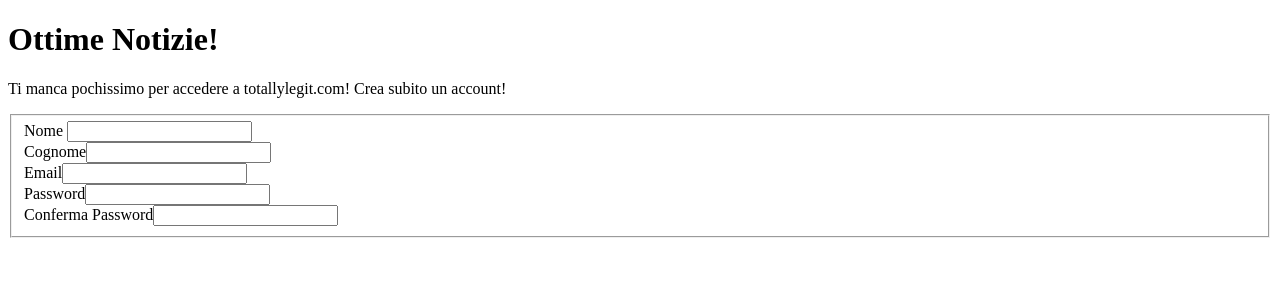
Repository: inkeaton/samarkanda
Page: Codice/Unige/Anno 3/SAW/es2/form.html
The author's editor kept a copy of each file at every save. The page is drawn from the files as they stood at one save, then again after the next save.
The browser window is 1280 px wide. The pictures show the whole page.

Above is the page before, as saved 2023-10-01 15:09:37.

### Codice/Unige/Anno 3/SAW/es2/form.html
<!DOCTYPE html>

<html lang="it">
    <head>
        <Title>Accedi Subito!</Title>
    </head>

    <body>
        <header>
            <h1>Ottime Notizie!</h1>
            <p>Ti manca pochissimo per accedere a totallylegit.com! Crea subito un account!</p>
        </header>

        <form>
            <fieldset>
            Nome <input type="text" id="firstname" name="firstname"><br>

            Cognome<input type="text" id="lastname" name="lastname"><br>

            Email<input type="email" id="email" name="email"><br>

            Password<input type="password" id="pass" name="pass"><br>

            Conferma Password<input type="password" id="confirm" name="confirm"><br>
        </fieldset>
        </form>
    </body>
</html>

After the next save:
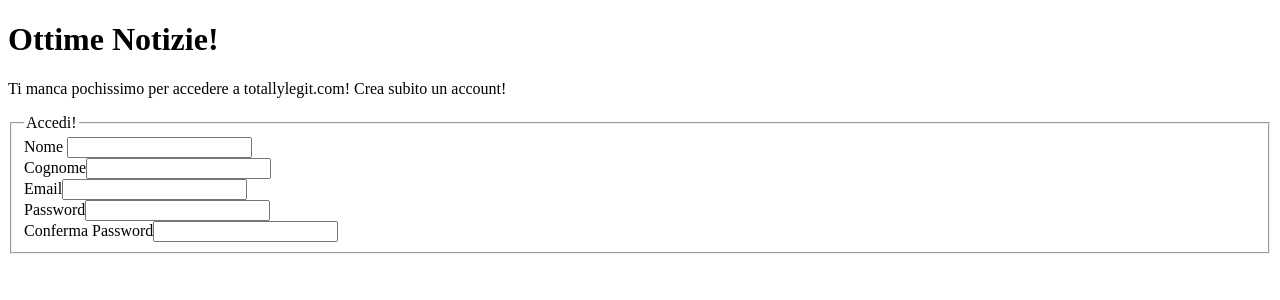
Saved 13 s later.
--- a/Codice/Unige/Anno 3/SAW/es2/form.html
+++ b/Codice/Unige/Anno 3/SAW/es2/form.html
@@ -13,6 +13,7 @@
 
         <form>
             <fieldset>
+                <legend>Accedi!</legend>
             Nome <input type="text" id="firstname" name="firstname"><br>
 
             Cognome<input type="text" id="lastname" name="lastname"><br>
